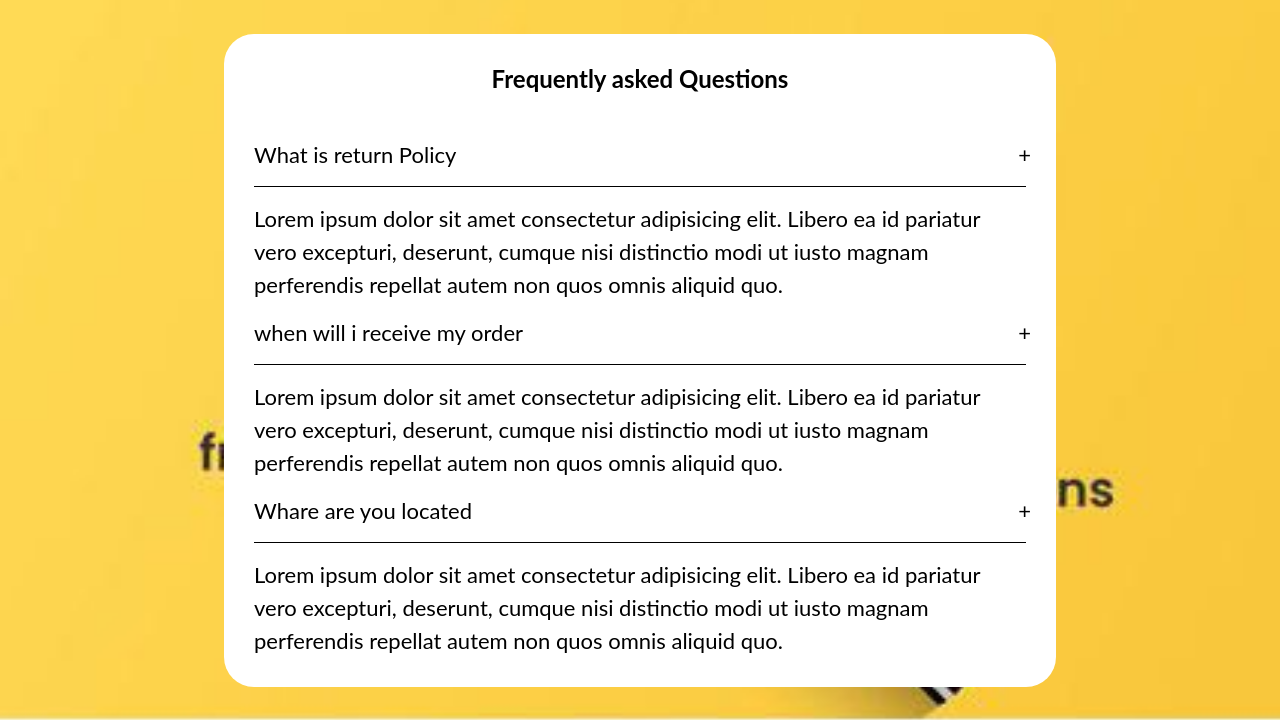
Repository: wakoya-tech/react-project
Page: Desktop/shaakala/accor/index.html
These files come from the project's save history. The page is drawn as it stood at one moment and after the next save; the edit follows.
The browser window is 1280 px wide. The pictures show the whole page.
Some web libraries are served in a nearby version.

Above is the page before, as saved 2025-08-31 14:15:15.

### Desktop/shaakala/accor/index.html
<!DOCTYPE html>
<html lang="en">
<head>
    <meta charset="UTF-8">
    <meta name="viewport" content="width=device-width, initial-scale=1.0">
    <title>Document</title>
    <link rel="stylesheet" href="../accor/style.css">
    <link rel="preconnect" href="https://fonts.googleapis.com">
    <link rel="preconnect" href="https://fonts.gstatic.com" crossorigin>
    <link href="https://fonts.googleapis.com/css2?family=Roboto&display=swap" rel="stylesheet">
    <link rel="stylesheet"
          href="https://cdnjs.cloudflare.com/ajax/libs/font-awesome/6.1.1/css/all.min.css"
          integrity="sha512-kfkfwYDsLKIlwQp6LFn18zNdLGxu9YAAlQvwINks4PhcElQ5vqcyVLLD9aMhXd13uQjoXtENosOWaZqXgol0g=="
          crossorigin="anonymous"
          referrerpolicy="no-referrer" />
</head>
<body>

 <div class="accordion">
    <h2 class="accordion-title">
        Frequently asked Questions
    </h2>
    <div class="content-container">
        <div class="question">What is return Policy</div>
   <div class="answer">Lorem ipsum dolor sit amet consectetur
    adipisicing elit. Libero ea id pariatur vero excepturi,
     deserunt, cumque nisi distinctio modi ut iusto magnam
      perferendis
    repellat autem non quos omnis aliquid quo.</div>
    </div>
    <div class="content-container">
        <div class="question">when will i receive my order</div>
   <div class="answer">Lorem ipsum dolor sit amet consectetur
    adipisicing elit. Libero ea id pariatur vero excepturi,
     deserunt, cumque nisi distinctio modi ut iusto magnam
      perferendis
    repellat autem non quos omnis aliquid quo.</div>
    </div>
    <div class="content-container">
        <div class="question">Whare are you located</div>
   <div class="answer">Lorem ipsum dolor sit amet consectetur
    adipisicing elit. Libero ea id pariatur vero excepturi,
     deserunt, cumque nisi distinctio modi ut iusto magnam
      perferendis
    repellat autem non quos omnis aliquid quo.</div>
    </div>
 </div>
    <script src="../accor/script.js"></script>
</body>
</html>

### Desktop/shaakala/accor/style.css
*{
    margin: 0;
    padding: 0;
    box-sizing: border-box;
    font-family: 'Lato',sans-serif;

}
body{
    background: url(../img/img3.jpg) no-repeat center center/cover;
    height: 100vh;
    display: flex;
    justify-content: center;
    align-items: center;
}
.accordion {
    width: 65%;
    background-color: #fff;
    padding: 30px;
    border-radius: 30px;
}
.accordion .accordion-title {
    margin-bottom: 30px;
    text-align: center;
}
.accordion .content-container .question {
    padding: 18px 0px;
    font-size: 22px;
    cursor: pointer;
    border-bottom: 1px solid #000;
     position: relative;
}
.accordion .content-container .question::after{
    content: '+';
    position: absolute;
    right: -5px;
}
.accordion .content-container .answer {
    padding-top: 15px;
    font-size: 22px;
    line-height: 1.5;
    width: 100%;
}

Loaded but not shown: Desktop/shaakala/accor/script.js (no copy from this time; the picture is the same without it)

After the next save:
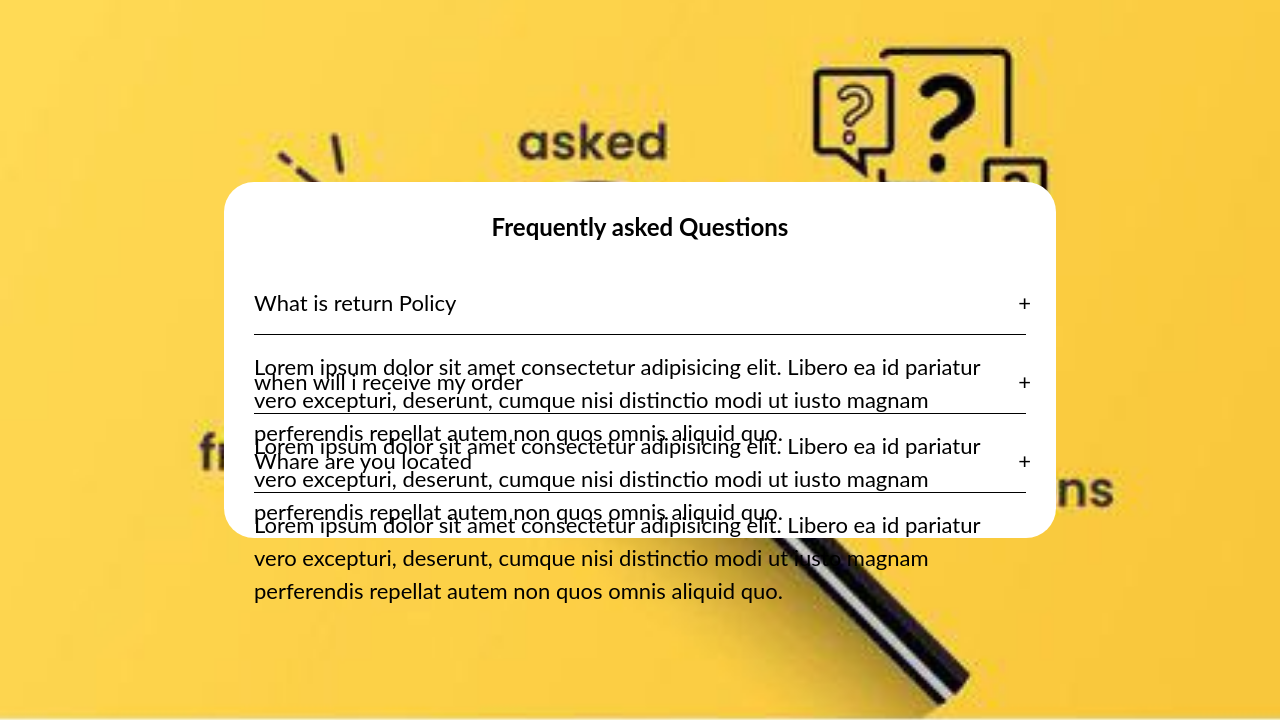
Saved 40 s later.
--- a/Desktop/shaakala/accor/style.css
+++ b/Desktop/shaakala/accor/style.css
@@ -39,4 +39,5 @@ body{
     font-size: 22px;
     line-height: 1.5;
     width: 100%;
+    height: 0px;
 }
